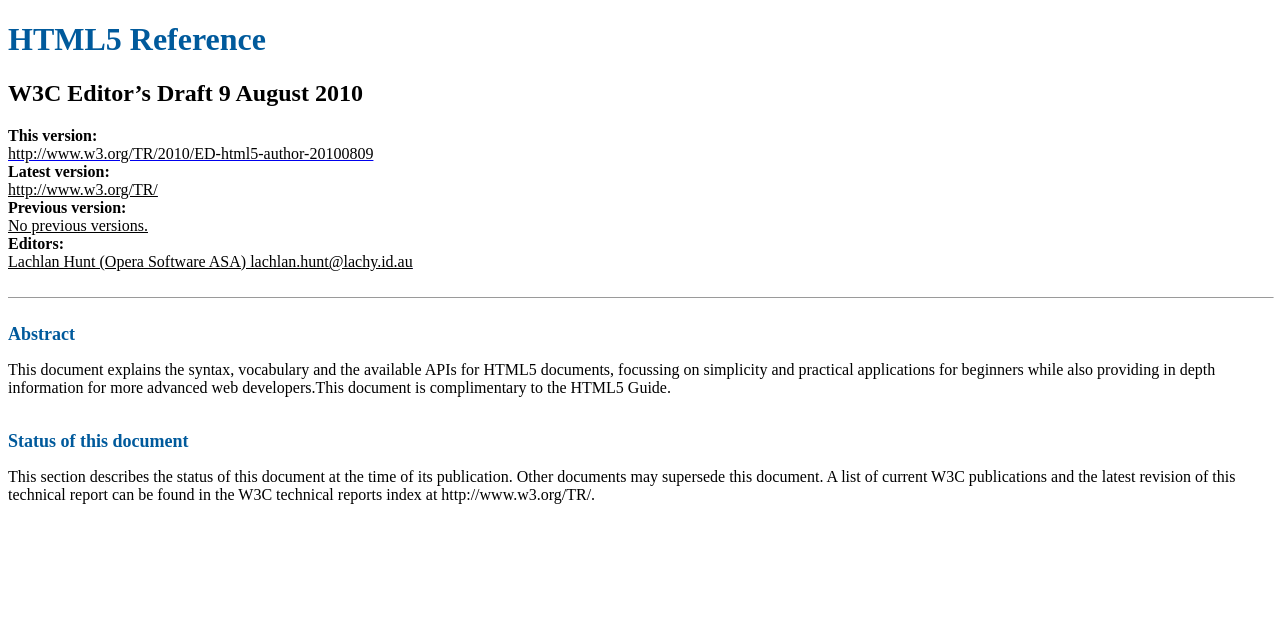
Repository: Hwang-97/HhwDesktop
Page: client/ClientTest/src/main/webapp/html/question/list/q1.html
An editor plug-in stored every save of this project. The page is shown before and after the next save, followed by the edit.
The browser window is 1280 px wide. The pictures show the whole page.

Above is the page before, as saved 2021-12-09 10:56:34.

After the next save:
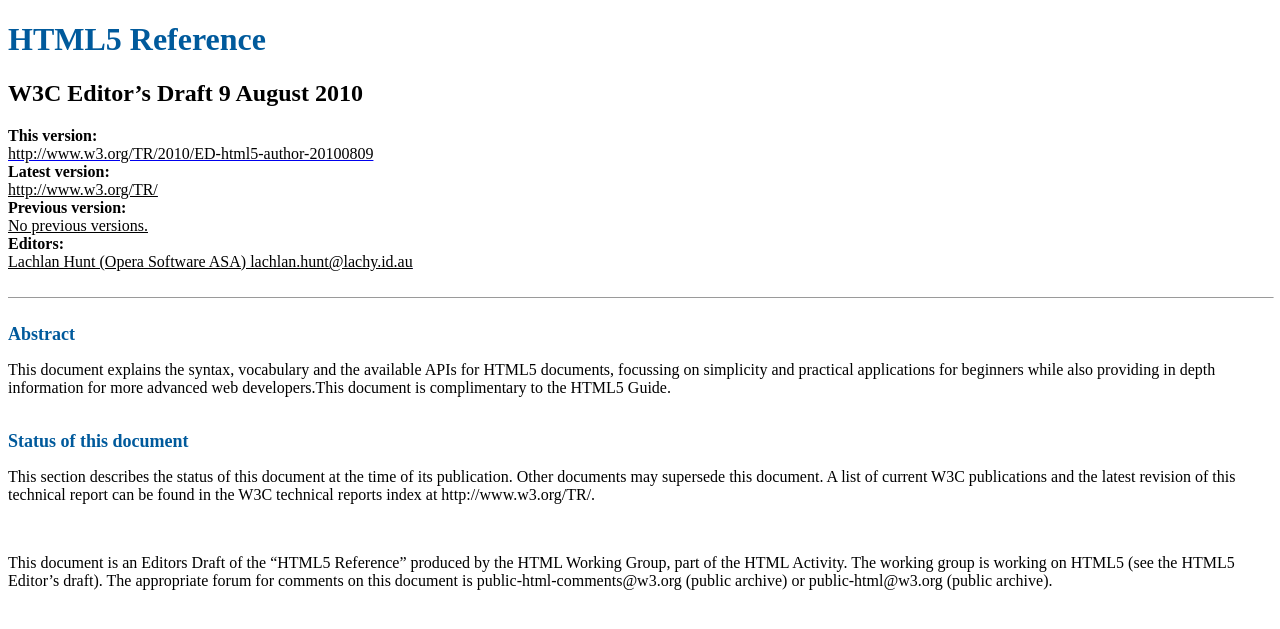
Saved 37 s later.
--- a/client/ClientTest/src/main/webapp/html/question/list/q1.html
+++ b/client/ClientTest/src/main/webapp/html/question/list/q1.html
@@ -35,7 +35,7 @@
 
 <font color = "005A9C" size ="4"><b>Status of this document</b></font><br>
 <p>This section describes the status of this document at the time of its publication. Other documents may supersede this document. A list of current W3C publications and the latest revision of this technical report can be found in the W3C technical reports index at http://www.w3.org/TR/.</p><br>
-
+<p>This document is an Editors Draft of the “HTML5 Reference” produced by the HTML Working Group, part of the HTML Activity. The working group is working on HTML5 (see the HTML5 Editor’s draft). The appropriate forum for comments on this document is public-html-comments@w3.org (public archive) or public-html@w3.org (public archive).</p><br>
 
 
 </body>
